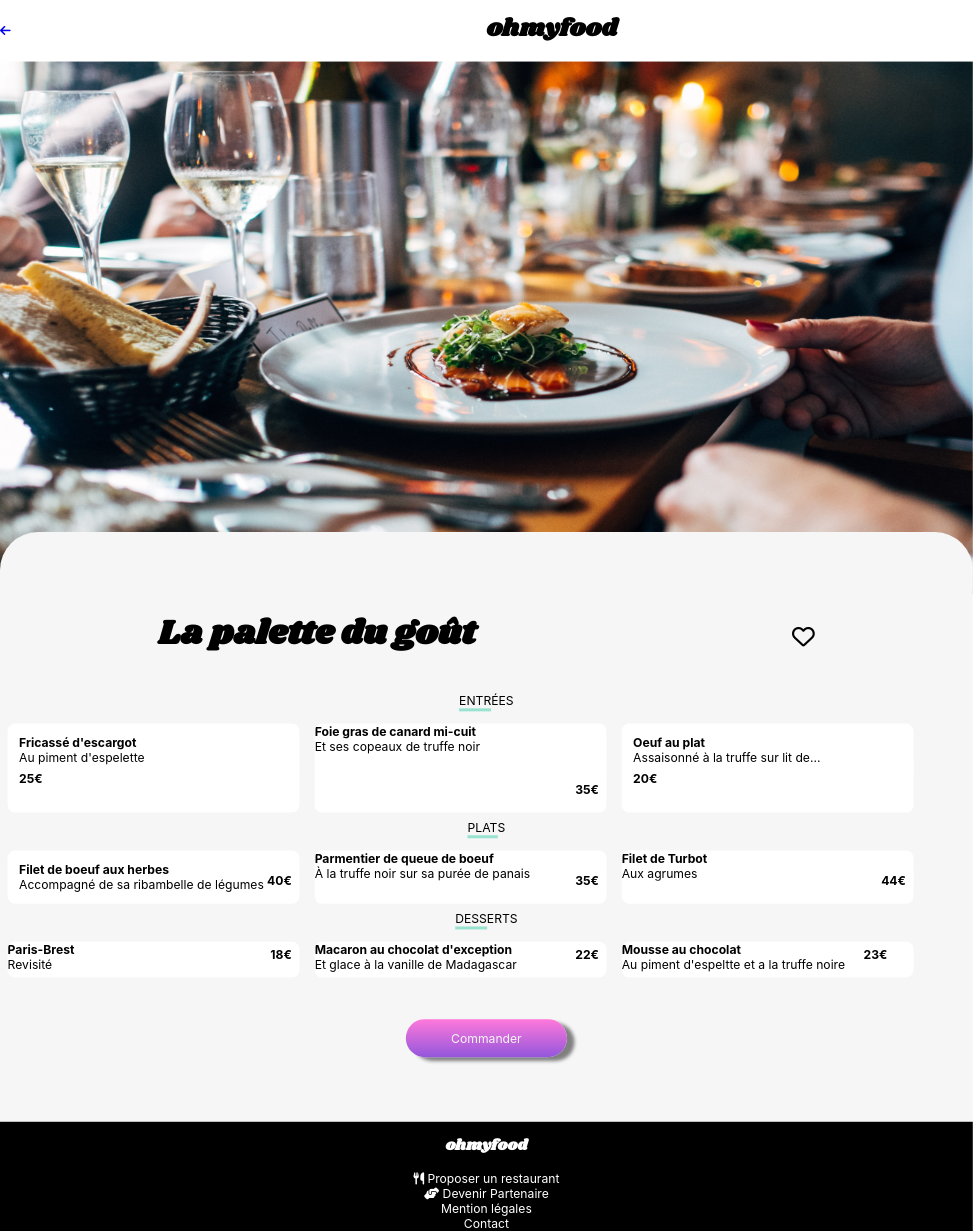
Repository: yacinebouk/ohmyfood
Page: palette.html
An editor plug-in stored every save of this project. The page is shown before and after the next save, followed by the edit.
The browser window is 1280 px wide. The pictures show the whole page, at 76% of full size.
Some web libraries are served in a nearby version. The style sheet was rebuilt from its Sass, Less or Tailwind sources for each picture, by a compiler version that may differ from the author's.

Above is the page before, as saved 2022-06-27 17:04:41.

### palette.html
<!DOCTYPE html>
<html lang="fr">

<head>
    <script src="https://kit.fontawesome.com/225bbe1e2d.js" crossorigin="anonymous"></script>
    <meta charset="utf-8" />
    <title>ohmyfood</title>
    <link rel="stylesheet" href="style/francaise.css" />
    <meta name="viewport" content="width=device-width, initial-scale=1">

</head>

<body>
    <main>
        <header>
            <div class="tittle-head">
                <div class="logo-tittle"><a href="./index.html"><i class="fa-solid fa-arrow-left"></i></a></div>
                <h1 class="tittle">ohmyfood</h1>
            </div>
            <div class="img-restaurant"><img src="./images/restaurants/jay-wennington-N_Y88TWmGwA-unsplash.jpg" width="100%" height="100%" class="logo" alt="francaise"></div>
        </header>
        <section class="food">
            <div class="french-tittle">
                <h2><b>La palette du goût</b> </h2>
                <div class="logo-heart"><i class="fa-regular fa-heart"></i></div>
            </div>
            <div class="starter">
                <div class="tittle"><span>ENTR</span>ÉES</div>
                <div class="block">
                    <div class="border">
                        <div class="pd-15">
                            <div class="text">
                                <div class="major"><b>Fricassé d'escargot</b></div>
                                <div class="flavors">Au piment d'espelette</div>
                            </div>
                            <div class="block-price">
                                <div class="price"><b>25€</b></div>
                            </div>
                        </div>
                        <div class="icon-slide"><i class="fa-solid fa-circle-check"></i></div>
                    </div>
                    <div class="border">
                        <div class="text">
                            <div class="major"><b>Foie gras de canard mi-cuit</b></div>
                            <div class="flavors">Et ses copeaux de truffe noir</div>
                        </div>
                        <div class="block-price">
                            <div class="price"><b>35€</b></div>
                            <div class="icon-slide"><i class="fa-solid fa-circle-check"></i></div>
                        </div>
                    </div>
                    <div class="border">
                        <div class="pd-15">
                            <div class="text">
                                <div class="major"><b>Oeuf au plat</b></div>
                                <div class="flavors">Assaisonné à la truffe sur lit de...</div>
                            </div>
                            <div class="block-price">
                                <div class="price"><b>20€</b></div>
                            </div>
                        </div>
                        <div class="icon-slide"><i class="fa-solid fa-circle-check"></i></div>
                    </div>
                </div>
                <div class="dishes">
                    <div class="tittle"><span>PLAT</span>S</div>
                    <div class="block">
                        <div class="border">
                            <div class="pd-15">
                                <div class="major"><b>Filet de boeuf aux herbes</b></div>
                                <div class="flavors">Accompagné de sa ribambelle de légumes</div>
                            </div>
                            <div class="block-price">
                                <div class="price"><b>40€</b></div>
                                <div class="icon-slide"><i class="fa-solid fa-circle-check"></i></div>
                            </div>

                        </div>
                        <div class="border">
                            <div class="text">
                                <div class="major"><b>Parmentier de queue de boeuf</b></div>
                                <div class="flavors">À la truffe noir sur sa purée de panais</div>
                            </div>
                            <div class="block-price">
                                <div class="price"><b>35€</b></div>
                                <div class="icon-slide"><i class="fa-solid fa-circle-check"></i></div>
                            </div>
                        </div>
                        <div class="border">
                            <div class="text">
                                <div class="major"><b>Filet de Turbot</b></div>
                                <div class="flavors">Aux agrumes</div>
                            </div>
                            <div class="block-price">
                                <div class="price"><b>44€</b></div>
                                <div class="icon-slide"><i class="fa-solid fa-circle-check"></i></div>
                            </div>
                        </div>
                    </div>
                </div>
            </div>
            <div class="dessert">
                <div class="tittle"><span>DESS</span>ERTS</div>
                <div class="block">
                    <div class="border">
                        <div class="text">
                            <div class="major"><b>Paris-Brest</b></div>
                            <div class="flavors">Revisité</div>
                        </div>
                        <div class="block-price">
                            <div class="price"><b>18€</b></div>
                            <div class="icon-slide"><i class="fa-solid fa-circle-check"></i></div>
                        </div>
                    </div>
                    <div class="border">
                        <div class="text">
                            <div class="major"><b>Macaron au chocolat d'exception</b></div>
                            <div class="flavors">Et glace à la vanille de Madagascar</div>
                        </div>
                        <div class="block-price">
                            <div class="price"><b>22€</b></div>
                            <div class="icon-slide"><i class="fa-solid fa-circle-check"></i></div>
                        </div>
                    </div>
                    <div class="border">
                        <div class="text">
                            <div class="major"><b>Mousse au chocolat</b></div>
                            <div class="flavors">Au piment d'espeltte et a la truffe noire</div>
                        </div>
                        <div class="price"><b>23€</b></div>
                        <div class="block-price">
                            <div class="icon-slide"><i class="fa-solid fa-circle-check"></i></div>
                        </div>
                    </div>
                </div>
            </div>
            <div class="order">
                <span>Commander</span>
            </div>
        </section>
        <footer>
            <div class="frame-end">
                <h3>ohmyfood</h3>
                <div class="end">
                    <div class="propose"> <i class="fa-solid fa-utensils"></i> Proposer un restaurant</div>
                    <div class="partner"> <i class="fa-solid fa-handshake-angle"></i> Devenir Partenaire</div>
                    <div class="mention">Mention légales</div>
                    <div class="contact">
                        <a href="mailto">Contact</a></div>
                </div>
            </div>
        </footer>
    </main>
</body>

### style/francaise.scss
     @font-face {
         font-family: 'Shrikhand';
         src: url('./Shrikhand-Regular.otf');
     }

     html {
         font-family: -apple-system, BlinkMacSystemFont, 'Segoe UI', Roboto, Oxygen, Ubuntu, Cantarell, 'Open Sans', 'Helvetica Neue', sans-serif;
     }

     header {
         height: 700px;
     }

     main {
         font-size: 16px;
     }

     body {
         margin: 0;
     }

     .img-restaurant {
         height: 100%;
         position: relative;
     }

     .tittle-head {
         display: flex;
         flex-direction: row;
     }

     .logo-heart {
         text-align: center;
         padding-top: 47px;
     }

     .logo-tittle {
         padding-top: 30px;
         width: 50%;
     }

     .food {
         padding-top: 30px;
         display: flex;
         flex-direction: column;
         justify-content: center;
         background-color: #f6f6f6;
         position: relative;
         width: 100%;
         border-radius: 50px 50px 0px 0px;
         height: auto;
     }

     .french-tittle {
         font-size: 30px;
         display: flex;
         flex-direction: row;
         justify-content: center;
         padding-top: 43px;
         padding-bottom: 10px;
         justify-content: space-around;
     }

     .french-text {
         padding-right: 30px;
     }

     .tittle {
         text-align: center;
     }

     .tittle span {
         border-bottom: #99E2D0 solid 4px;
     }

     .block {
         padding-top: 10px;
         display: flex;
         flex-direction: row;
     }

     @-webkit-keyframes fadein {
         from {
             opacity: 0;
         }
         to {
             opacity: 1;
         }
     }

     .border {
         overflow: hidden;
         margin: 10px;
         border-radius: 10px;
         background-color: white;
         width: 30%;
         display: flex;
         justify-content: space-between;
         flex-direction: row;
         & {
             animation: fadein 5s;
         }
     }

     .price {
         align-items: end;
         display: flex;
         padding: 20px 0px;
         padding-top: 7px;
         margin-right: 10px;
         transition-duration: 1000ms;
     }

     footer {
         position: relative;
         clear: both;
     }

     .order {
         padding-top: 60px;
         text-align: center;
         padding-bottom: 100px;
     }

     .frame-end {
         text-align: center;
         background-color: black;
         color: white;
         display: flex;
         flex-direction: column;
     }

     h3 {
         font-family: 'Shrikhand';
         font-size: 20px;
     }

     h1 {
         font-family: 'Shrikhand';
     }

     h2 {
         font-family: 'Shrikhand';
     }

     .order span {
         box-shadow: grey 10px 5px 5px;
         background: linear-gradient(#FF79DA, #9356DC);
         border-radius: 50px 50px;
         padding: 15px 60px 15px 60px;
         color: #f6f6f6;
     }

     .pd-15 {
         width: 100%;
         padding: 15px 0px 15px 15px;
         white-space: nowrap;
         overflow: hidden;
         text-overflow: ellipsis;
         display: block;
         width: 100%;
     }

     .border:hover .icon-slide {
         width: 40px;
     }

     .border:after .icon-slide {
         width: 10px;
     }

     .border:hover .pd-15 {
         width: calc(100% - 100px);
     }

     .flavors {
         white-space: nowrap;
         overflow: hidden;
         text-overflow: ellipsis;
         display: block;
         width: 100%;
     }

     .icon-slide {
         transition: width 1s ease;
         width: 0px;
         align-items: center;
         background-color: #99E2D0;
         color: white;
         display: flex;
         justify-content: center;
         align-items: center;
     }

     .block-price {
         display: flex;
     }

     .price b {
         overflow: hidden;
         text-overflow: ellipsis;
         transition-duration: 1000ms;
     }

     .contact a {
         text-decoration: none white;
         color: white;
     }

     @media screen and (min-width: 320px) and (max-width: 768px) {
         .starter {
             display: flex;
             justify-content: space-between;
             flex-direction: column;
         }
         .block {
             display: flex;
             justify-content: space-between;
             flex-direction: column;
         }
         .border {
             width: auto;
         }
         .french-tittle {
             justify-content: space-between;
             margin-left: 15px;
         }
         .tittle {
             text-align: initial;
             margin-left: 15px;
         }
         h1 {
             font-size: 24px;
         }
         .logo-heart {
             padding-top: 13px;
             margin-right: 20px;
         }
         .logo-tittle {
             padding-top: 20px;
         }
         .tittle-head {
             margin: 0;
             padding: 0;
             width: 50%;
         }
         .frame-end {
             text-align: initial;
         }
         h2 {
             margin-left: 15px;
         }
         .end {
             margin-left: 15px;
         }
     }

After the next save:
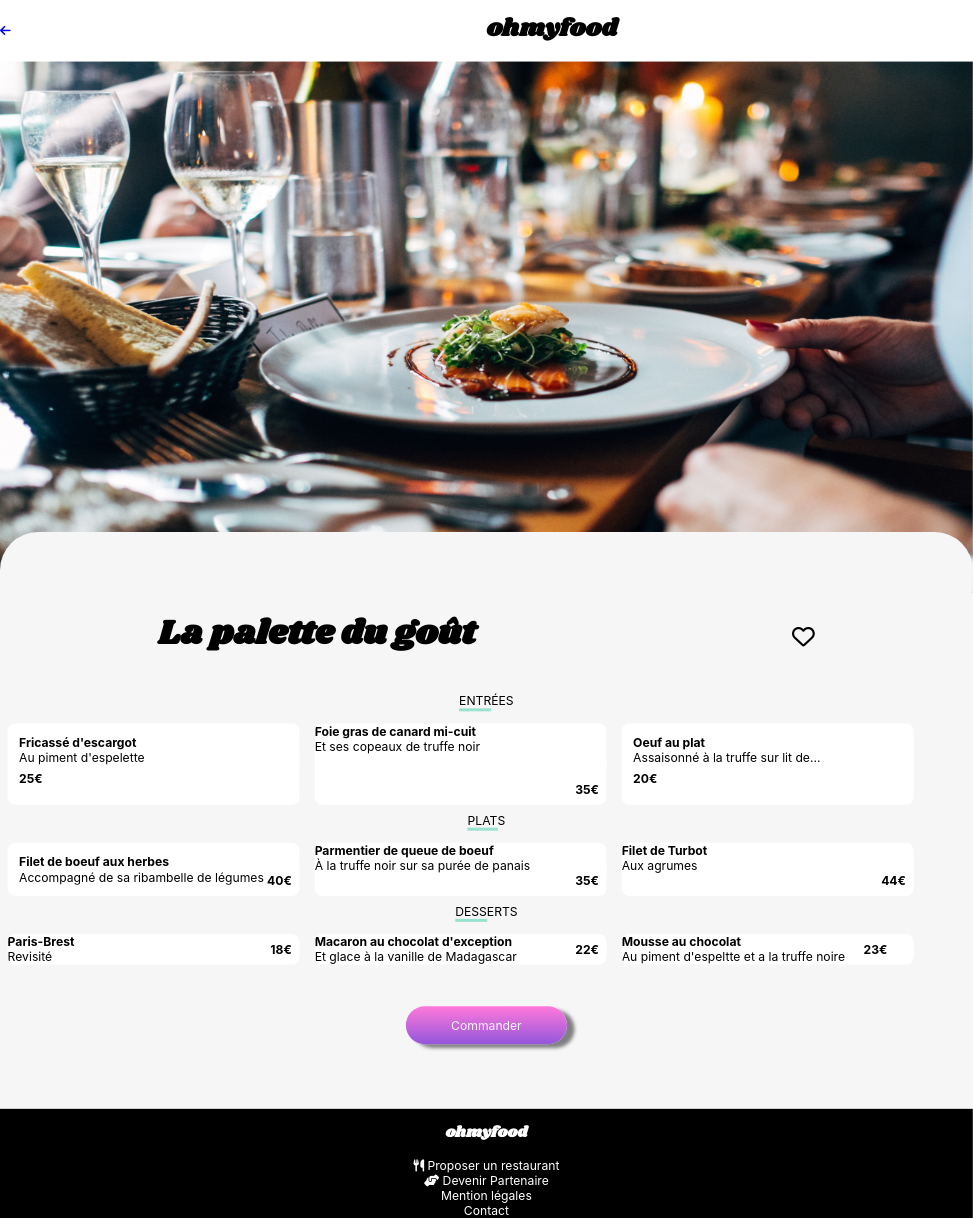
Saved 7 s later.
--- a/style/francaise.scss
+++ b/style/francaise.scss
@@ -105,7 +105,7 @@
      .price {
          align-items: end;
          display: flex;
-         padding: 20px 0px;
+         padding: 10px 0px;
          padding-top: 7px;
          margin-right: 10px;
          transition-duration: 1000ms;
